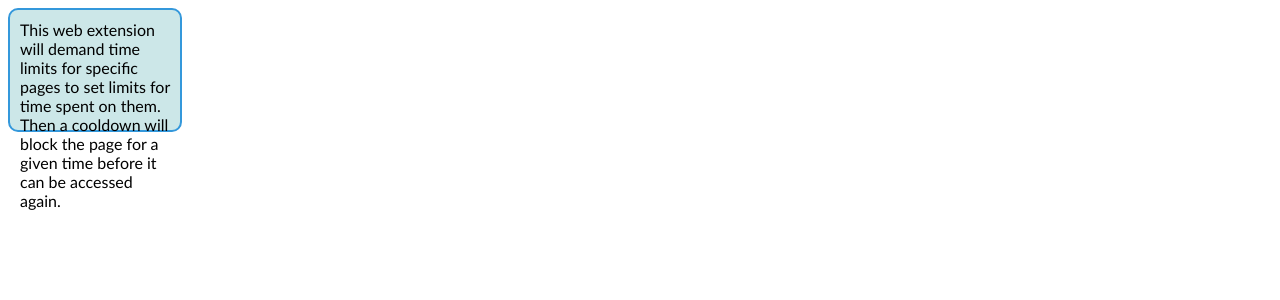
Repository: AndrlmMass/Time-management-chrome-extension
Page: popup.html
An editor plug-in stored every save of this project. The page is shown before and after a run of saves, followed by the edit.
The browser window is 1280 px wide. The pictures show the whole page.

Above is the page before, as saved 2023-08-22 15:17:25.

After the next 2 saves:
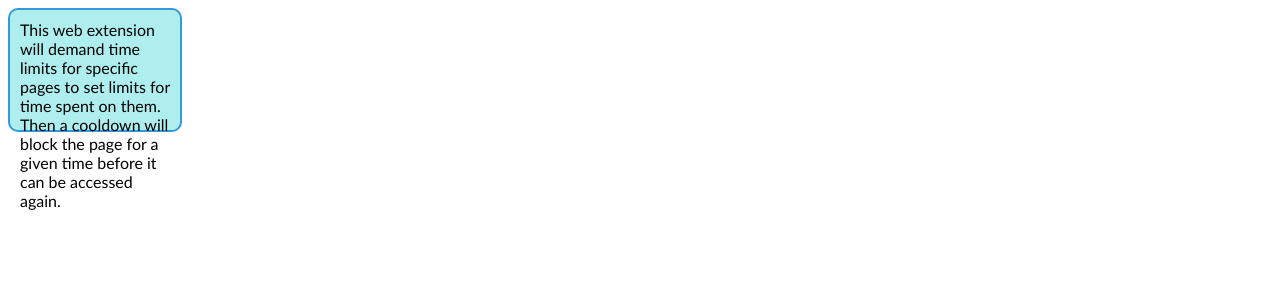
The 2 saves are shown as one change because they came seconds apart.
The last was saved 34 s later.
--- a/styles.css
+++ b/styles.css
@@ -12,7 +12,7 @@ body {
     padding: 10px; /* Add padding to create space between text and border */
     margin: 0; /* Reset margin */
     width: 300px; /* Set a fixed width for the popup container */
-    background-color: #CCE7E8; /* Background color */
+    background-color: #afeeee; /* Background color */
     border: 2px solid #3498db; /* Border color and thickness */
     border-radius: 10px; /* Rounded corners */
   }
